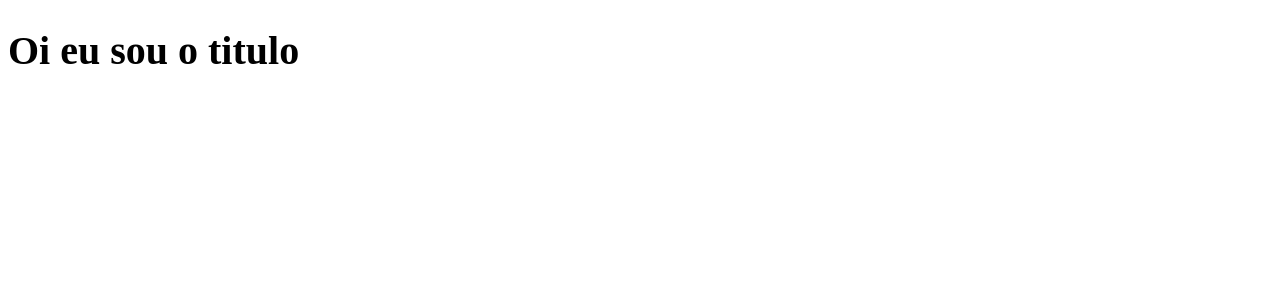
Repository: elourenco001/cursoweb
Page: css/linkcss.html
The author's editor kept a copy of each file at every save. The page is drawn from the files as they stood at one save, then again after the next save.
The browser window is 1280 px wide. The pictures show the whole page.

Above is the page before, as saved 2023-01-26 16:20:36.

### css/linkcss.html
<!DOCTYPE html>
<html lang="pt_br">
    <head>
        <meta charset="UTF-8">
        <meta http-equiv="X-UA-Compatible" content="Google Chrome">
        <meta name="viewport" content="width-device-width, initial-scaled=1.0">
    <title>Profissão Programador</title>

    <style>
        h1{
        font-size: 40px;

        }

    </style>
</head>

<body>
<h1>Oi eu sou o titulo</h1>

</body>

</html>

### css/styles.css
h1{
    font-size: 40px;
    color: red;

    }

After the next save:
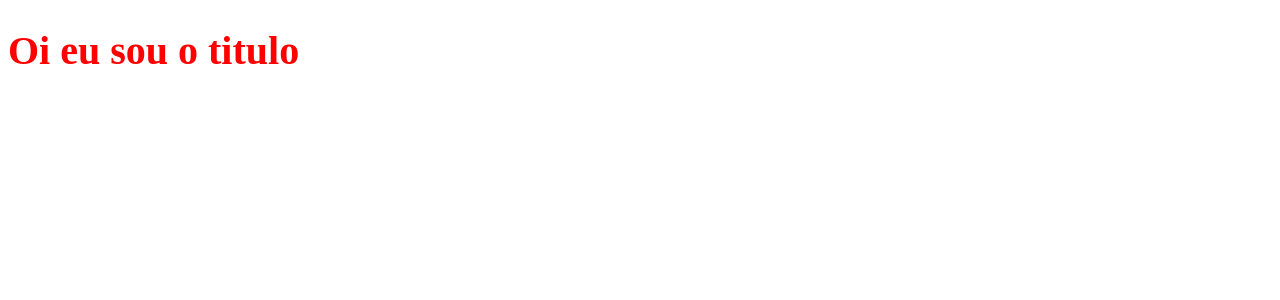
Saved 13 s later.
--- a/css/linkcss.html
+++ b/css/linkcss.html
@@ -6,11 +6,9 @@
         <meta name="viewport" content="width-device-width, initial-scaled=1.0">
     <title>Profissão Programador</title>
 
+    <link rel="stylesheet" href="./styles.css"/>
+
     <style>
-        h1{
-        font-size: 40px;
-
-        }
 
     </style>
 </head>
